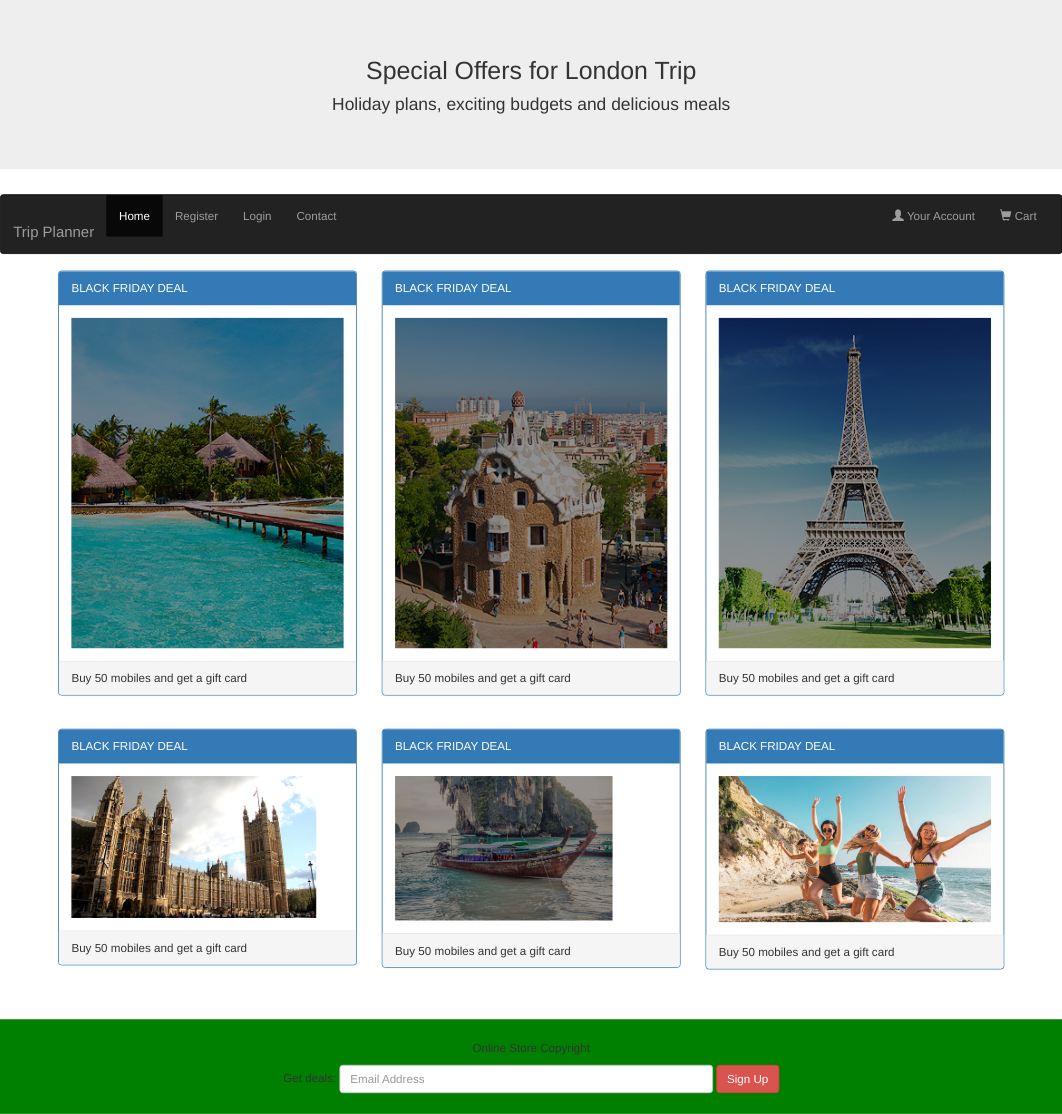
Repository: NanSin21/Mytourism-Website
Page: http://localhost/toursandtravelsmanagement/london.jsp
These files come from the project's save history. The page is drawn as it stood at one moment and after the next save; the edit follows.
The browser window is 1280 px wide. The pictures show the whole page, at 83% of full size.
The page is served by Tomcat 9. Other server files are loaded and not shown.

Above is the page before, as saved 2018-07-20 08:32:52.

### toursandtravelsmanagement/WebContent/london.jsp
<%@ page language="java" contentType="text/html; charset=ISO-8859-1"
    pageEncoding="ISO-8859-1"%>
<!DOCTYPE html PUBLIC "-//W3C//DTD HTML 4.01 Transitional//EN" "http://www.w3.org/TR/html4/loose.dtd">
<html>
<head>
<meta http-equiv="Content-Type" content="text/html; charset=ISO-8859-1">
<title>London Trip Package</title>
<!-- <meta charset="utf-8"> -->
  <meta name="viewport" content="width=device-width, initial-scale=1">
  <link rel="stylesheet" href="https://maxcdn.bootstrapcdn.com/bootstrap/3.3.7/css/bootstrap.min.css">
  <script src="https://ajax.googleapis.com/ajax/libs/jquery/3.3.1/jquery.min.js"></script>
  <script src="https://maxcdn.bootstrapcdn.com/bootstrap/3.3.7/js/bootstrap.min.js"></script>
  <style>
  .navbar{
  margin-nottom= 50px;
  border-radius= 0;
  }
  .jumbotron{
   margin-bottom= 0;
   }
   footer{
   background: green;
   padding: 25px;
   }
   </style>
</head>
<body>

<div class="jumbotron">
  <div class="container text-center">
   <h2>Special Offers for London Trip</h2>
     <p>Holiday plans, exciting budgets and delicious meals</p>
  </div>
</div>

<nav class="navbar navbar-inverse">
  <div class="container-fluid">
      <div class="navbar-header">
        <button type="button" class="navbar-toggle" data-toggle="collapse" data-target="#myNavbar">
        <span class="icon-bar"></span>
        <span class="icon-bar"></span>
        <span class="icon-bar"></span>
        </button>
        <h1><a class="navbar-brand" href="index.jsp">Trip Planner</a></h1>
      </div>
      <div class="collapse navbar-collapse" id="myNavbar">
      <ul class="nav navbar-nav">
        <li class="active"><a href="TripPlaces/london.jsp">Home</a></li>
        <li><a href="registration.jsp">Register</a></li>
        <li><a href="login.jsp">Login</a></li>
        <li><a href="contact.jsp">Contact</a></li>
      </ul>
      <ul class="nav navbar-nav navbar-right">
        <li><a href="#"><span class="glyphicon glyphicon-user"></span> Your Account</a></li>
        <li><a href="#"><span class="glyphicon glyphicon-shopping-cart"></span> Cart</a></li>
      </ul>
    </div>
  </div>
</nav>


   <div class="container">
  <div class="row">
    <div class="col-sm-4">
      <div class="panel panel-primary">
        <div class="panel-heading">BLACK FRIDAY DEAL</div>
        <div class="panel-body"><img src="images/ban_img2.jpg" class="img-responsive" style="width:100%" alt="Image"></div>
        <div class="panel-footer">Buy 50 mobiles and get a gift card</div>
      </div>
    </div>
    <div class="col-sm-4">
      <div class="panel panel-primary">
        <div class="panel-heading">BLACK FRIDAY DEAL</div>
        <div class="panel-body"><img src="images/ban_img1.jpg" class="img-responsive" style="width:100%" alt="Image"></div>
        <div class="panel-footer">Buy 50 mobiles and get a gift card</div>
      </div>
    </div>
    <div class="col-sm-4">
      <div class="panel panel-primary">
        <div class="panel-heading">BLACK FRIDAY DEAL</div>
        <div class="panel-body"><img src="images/ban_img3.jpg" class="img-responsive" style="width:100%" alt="Image"></div>
        <div class="panel-footer">Buy 50 mobiles and get a gift card</div>
      </div>
    </div>
  </div>
</div><br>

<div class="container">
  <div class="row">
    <div class="col-sm-4">
      <div class="panel panel-primary">
        <div class="panel-heading">BLACK FRIDAY DEAL</div>
        <div class="panel-body"><img src="images/londonhelp.jpg" class="img-responsive" style="width:90%" alt="Image"></div>
        <div class="panel-footer">Buy 50 mobiles and get a gift card</div>
      </div>
    </div>
    <div class="col-sm-4">
      <div class="panel panel-primary">
        <div class="panel-heading">BLACK FRIDAY DEAL</div>
        <div class="panel-body"><img src="images/2.jpg" class="img-responsive" style="width:80%" alt="Image"></div>
        <div class="panel-footer">Buy 50 mobiles and get a gift card</div>
      </div>
    </div>
    <div class="col-sm-4">
      <div class="panel panel-primary">
        <div class="panel-heading">BLACK FRIDAY DEAL</div>
        <div class="panel-body"><img src="images/1.jpg" class="img-responsive" style="width:100%" alt="Image"></div>
        <div class="panel-footer">Buy 50 mobiles and get a gift card</div>
      </div>
    </div>
  </div>
</div><br><br>

<footer class="container-fluid text-center">
  <p>Online Store Copyright</p>
  <form class="form-inline">Get deals:
    <input type="email" class="form-control" size="50" placeholder="Email Address">
    <button type="button" class="btn btn-danger">Sign Up</button>
  </form>
</footer>
</body>
</html>

After the next save:
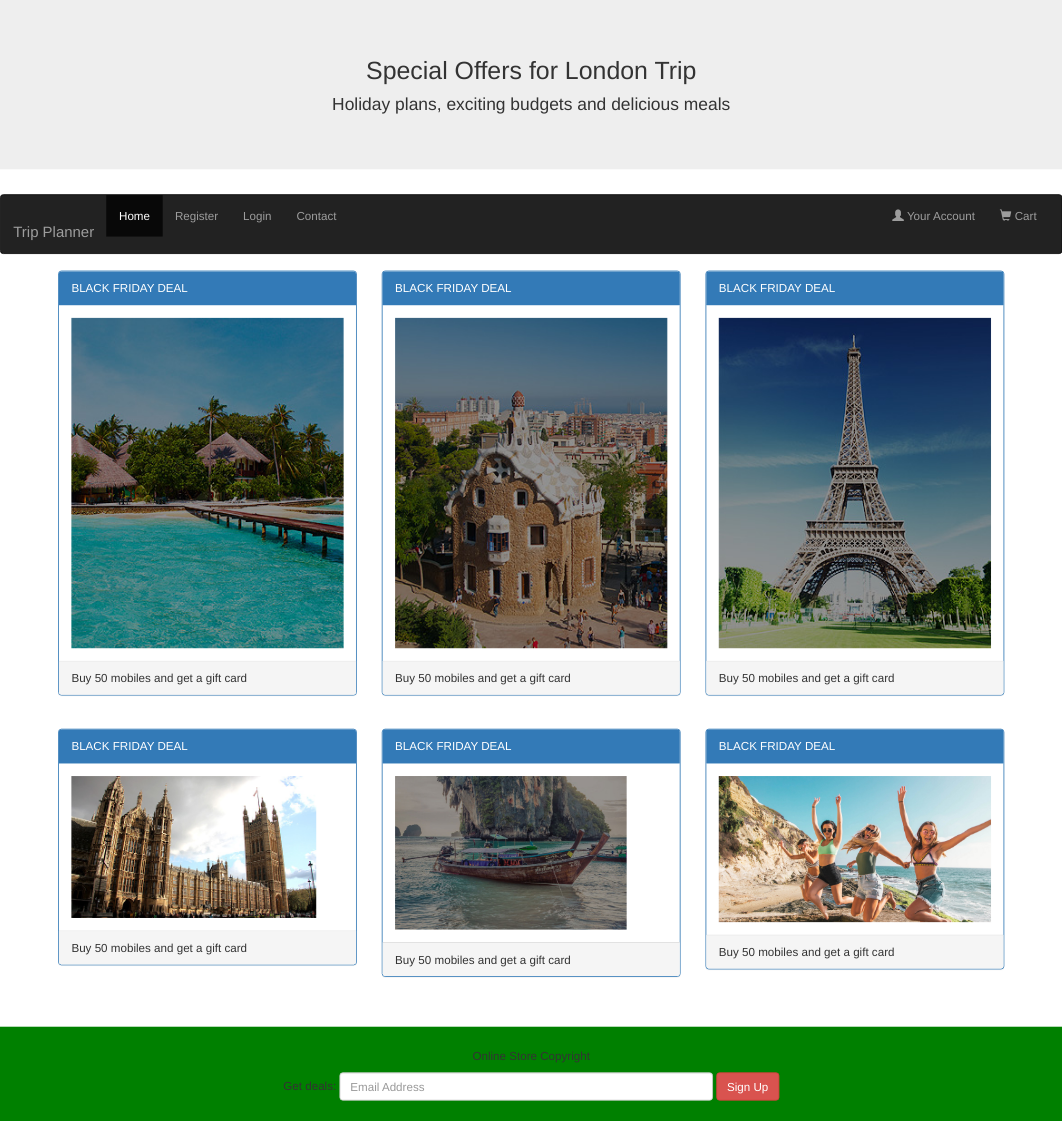
Saved 14 s later.
--- a/toursandtravelsmanagement/WebContent/london.jsp
+++ b/toursandtravelsmanagement/WebContent/london.jsp
@@ -97,7 +97,7 @@
     <div class="col-sm-4">
       <div class="panel panel-primary">
         <div class="panel-heading">BLACK FRIDAY DEAL</div>
-        <div class="panel-body"><img src="images/2.jpg" class="img-responsive" style="width:80%" alt="Image"></div>
+        <div class="panel-body"><img src="images/2.jpg" class="img-responsive" style="width:85%" alt="Image"></div>
         <div class="panel-footer">Buy 50 mobiles and get a gift card</div>
       </div>
     </div>
